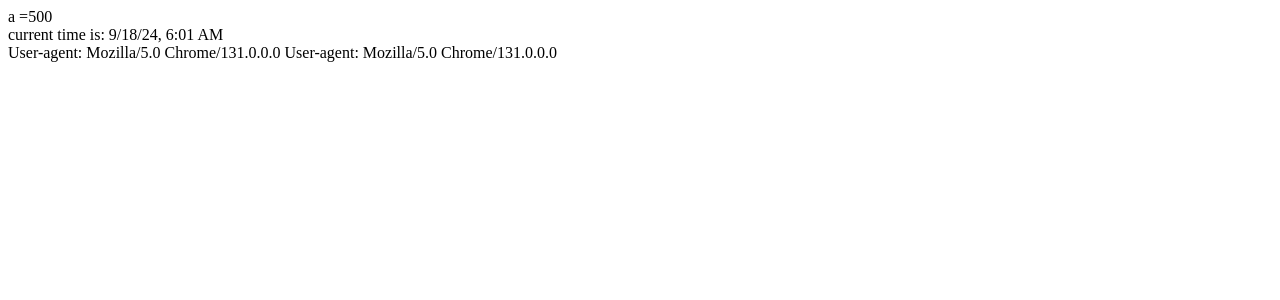
Repository: zoooolander/systex_prac_javaee
Page: http://localhost/myWeb/hello.jsp
The author's editor kept a copy of each file at every save. The page is drawn from the files as they stood at one save, then again after the next save.
The browser window is 1280 px wide. The pictures show the whole page.
The page is served by Tomcat 10. Other server files are loaded and not shown.

Above is the page before, as saved 2024-09-19 06:15:15.

### myWeb/src/main/webapp/hello.jsp
<%@page import="java.text.SimpleDateFormat"%>
<%@page import="java.util.Date"%>
<%@ page language="java" contentType="text/html; charset=UTF-8"
	pageEncoding="UTF-8"%>
<!DOCTYPE html>
<html>
<head>
<meta charset="UTF-8">
<title>Insert title here</title>
</head>
<body>
	<%!int a = 100;%>
	<%
	int a = 500;
	%>
	a =<%=a%><br /> current time is:
	<%=SimpleDateFormat.getInstance().format(new Date())%>
	<!-- html comment -->
	<%
	//java comment
	%>
	<%-- jsp comment --%>
	<br /> User-agent:
	<%=request.getHeader("User-Agent")%>
	User-agent:
	<%
	out.println(request.getHeader("User-Agent"));
	%>
</body>
</html>

After the next save:
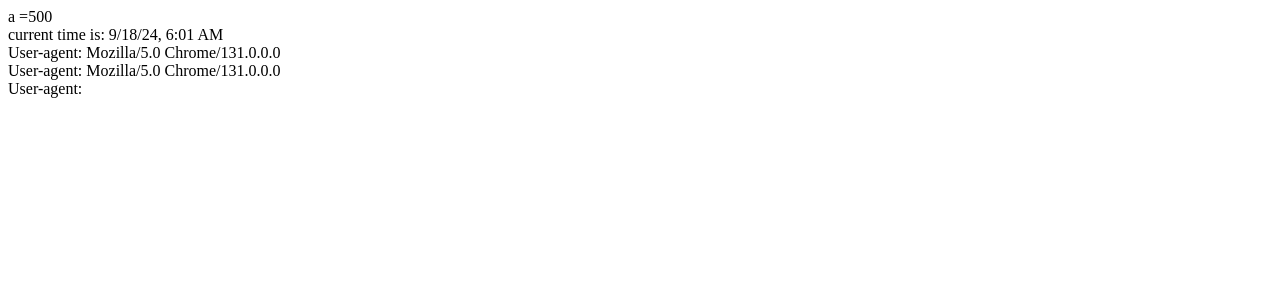
Saved 6 s later.
--- a/myWeb/src/main/webapp/hello.jsp
+++ b/myWeb/src/main/webapp/hello.jsp
@@ -20,11 +20,9 @@
 	//java comment
 	%>
 	<%-- jsp comment --%>
-	<br /> User-agent:
-	<%=request.getHeader("User-Agent")%>
+	<br />
+	User-agent:	<%=request.getHeader("User-Agent")%><br />
+	User-agent:	<%	out.println(request.getHeader("User-Agent"));%><br/>
 	User-agent:
-	<%
-	out.println(request.getHeader("User-Agent"));
-	%>
 </body>
 </html>
